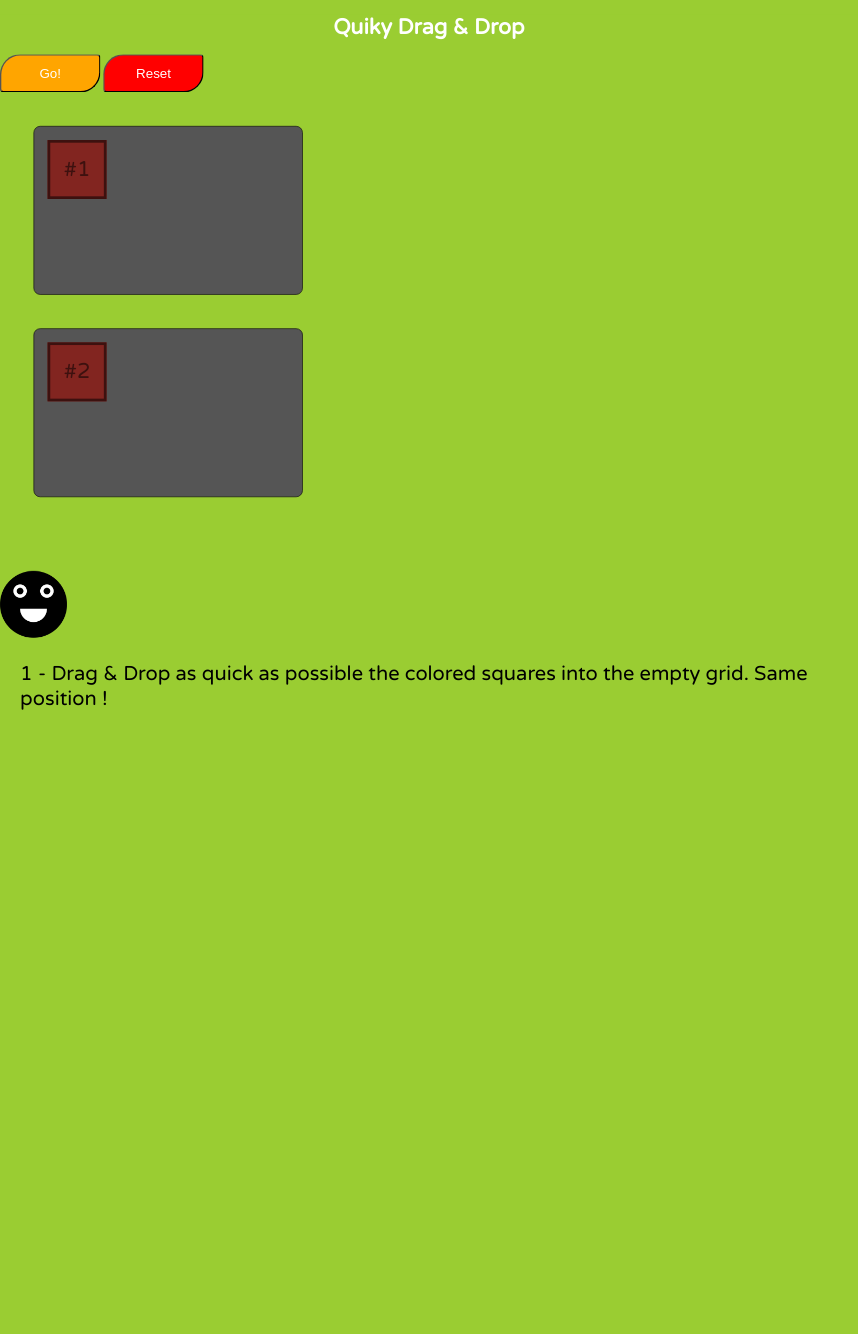
Repository: Siehan/Quiky-drag-and-drop
Page: index.html
These files come from the project's save history. The page is drawn as it stood at one moment and after the next save; the edit follows.
The browser window is 1280 px wide. The pictures show the whole page, at 67% of full size.

Above is the page before, as saved 2020-01-22 13:49:54.
Console error: ReferenceError: documents is not defined

After the next save:
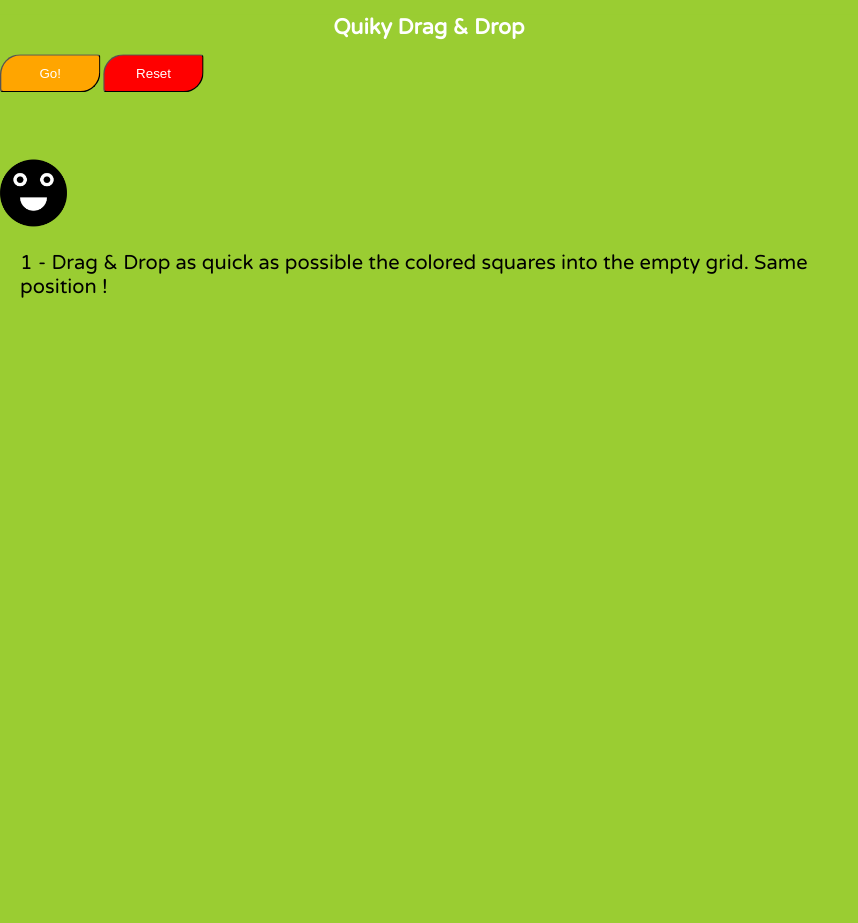
Saved 5 s later.
--- a/index.html
+++ b/index.html
@@ -18,13 +18,6 @@
     <button id="button-reset">Reset</button>
   </header>
 
-<div class="dropper">
-  <div class="draggable">#1</div>
-</div>
-<div class="dropper">
-  <div class="draggable">#2</div>
-</div>
-
 
   <div id="time"></div>
   <img class="black-face" src="images/1297390581.png" alt="black face">
